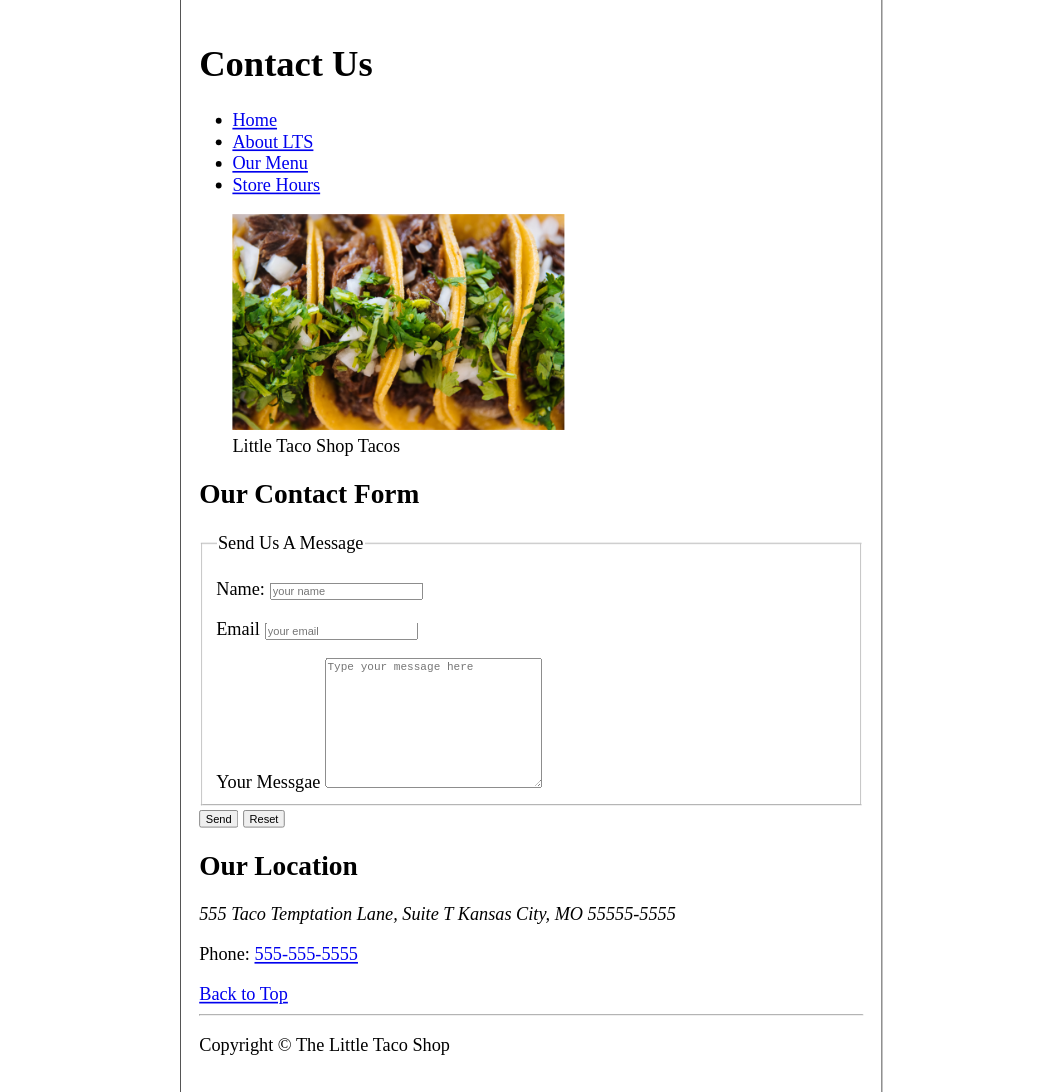
Repository: Israa-Odeh/html-basics-project
Page: contact.html
An editor plug-in stored every save of this project. The page is shown before and after a run of saves, followed by the edit.
The browser window is 1280 px wide. The pictures show the whole page, at 83% of full size.

Above is the page before, as saved 2024-08-20 03:18:46.

After the next 3 saves:
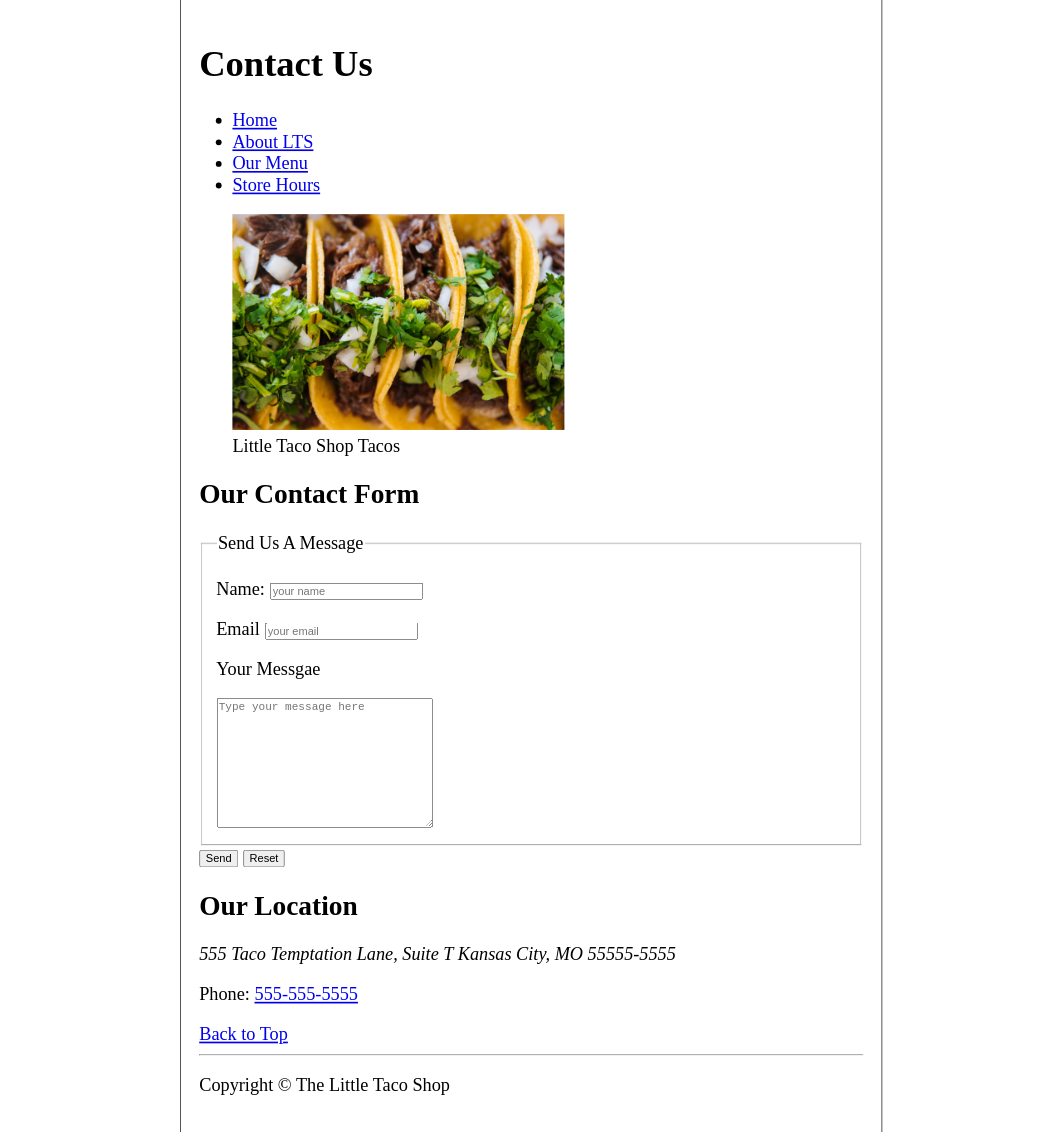
The 3 saves are shown as one change because they came seconds apart.
The last was saved 16 s later.
--- a/contact.html
+++ b/contact.html
@@ -50,7 +50,7 @@
                     <label for="email">Email</label>
                     <input type="email" id="email" name="email" placeholder="your email" required autocomplete="email">
                 </p>
-                <label for="message">Your Messgae</label>
+                <p><label for="message">Your Messgae</label></p>
                 <textarea name="messgae" id="message" rows="10" cols="30" placeholder="Type your message here"
                     required></textarea>
             </fieldset>
